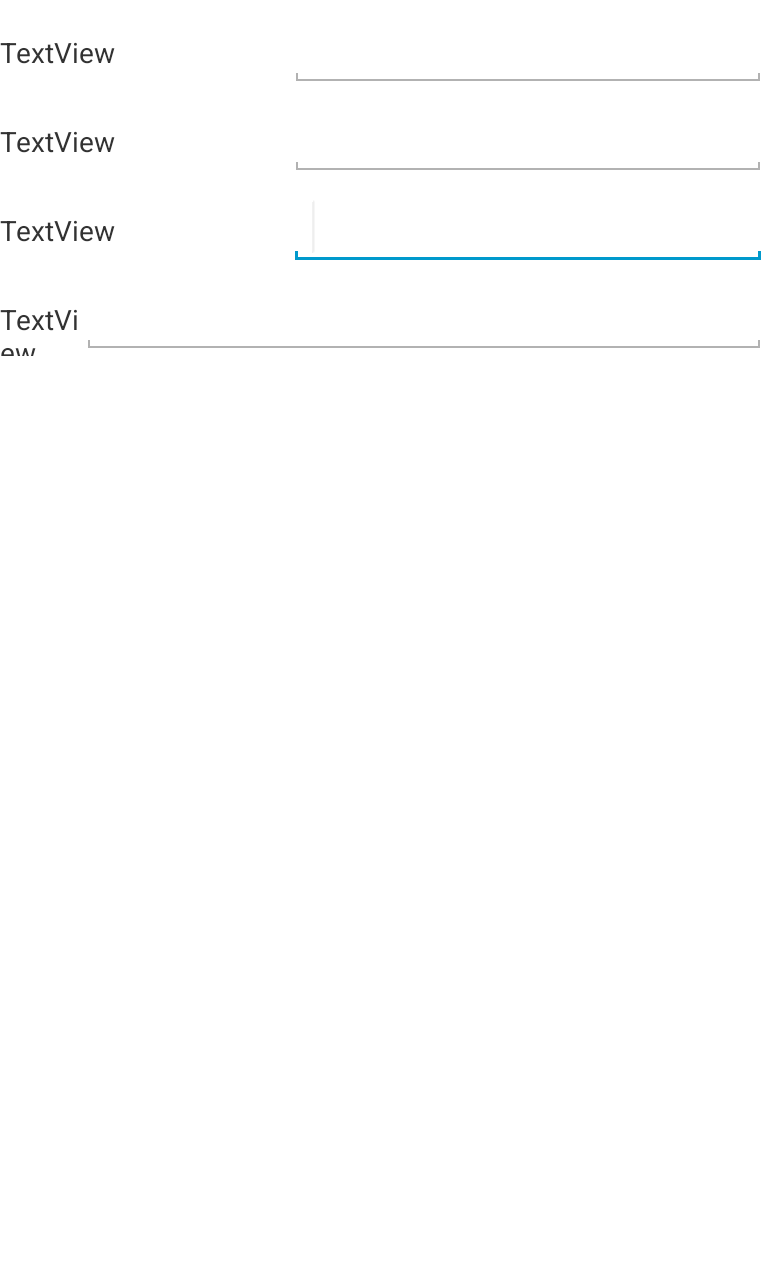
Repository: AungWinnHtut/Android
Layout: mywork1/Sale_system/res/layout/activity_main.xml
These files come from the project's save history. The layout is drawn as it stood at one moment and after the next save; the edit follows.
It is drawn on a 768 x 1280 px phone screen (xhdpi) without system bars, with theme AppTheme; the app's code is not run.

Above is the layout before, as saved 2015-07-12 04:14:19.

### mywork1/Sale_system/res/layout/activity_main.xml
<LinearLayout xmlns:android="http://schemas.android.com/apk/res/android"
    xmlns:tools="http://schemas.android.com/tools"
    android:id="@+id/LinearLayout1"
    android:layout_width="match_parent"
    android:layout_height="match_parent"
    android:orientation="vertical" >



    <LinearLayout
        android:layout_width="match_parent"
        android:layout_height="wrap_content"
        android:layout_marginTop="5dp"
        android:orientation="horizontal" >

        <TextView
            android:id="@+id/textView1"
            android:layout_width="0dp"
            android:layout_height="wrap_content"
            android:layout_weight="0.3"
            android:text="TextView" />

        <EditText
            android:id="@+id/editText1"
            android:layout_width="0dp"
            android:layout_weight="0.5
            "
            android:layout_height="wrap_content"
            android:ems="10" />

    </LinearLayout>



    <LinearLayout
        android:layout_width="match_parent"
        android:layout_height="wrap_content"
        android:layout_marginTop="5dp"
        android:orientation="horizontal" >

        <TextView
            android:id="@+id/textView2"
            android:layout_width="0"
            android:layout_height="wrap_content"
            android:layout_weight="0.3"
            android:text="TextView" />

        <EditText
            android:id="@+id/editText2"
            android:layout_width="0"
            android:layout_height="wrap_content"
            android:layout_weight="0.5"
            android:ems="10" />

    </LinearLayout>



    <LinearLayout
        android:layout_width="match_parent"
        android:layout_height="wrap_content"
        android:layout_marginTop="5dp"
        android:orientation="horizontal" >

        <TextView
            android:id="@+id/textView3"
            android:layout_width="0"
                  android:layout_weight="0.3"
            android:layout_height="wrap_content"
            android:text="TextView" />

        <EditText
            android:id="@+id/editText3"

            android:layout_height="wrap_content"
       android:layout_weight="0.5"
            android:ems="10" >

            <requestFocus />
        </EditText>

    </LinearLayout>




    <LinearLayout
        android:layout_width="match_parent"
        android:layout_height="wrap_content"
        android:layout_marginTop="5dp"
        android:orientation="horizontal" >

        <TextView
            android:id="@+id/textView4"
            android:layout_width="0"
            android:layout_height="wrap_content"
                  android:layout_weight="0.3"
            android:text="TextView" />

        <EditText
            android:id="@+id/editText4"
            android:layout_width="wrap_content"
            android:layout_height="wrap_content"
            android:layout_weight="1"
            android:ems="10" />

    </LinearLayout>

</LinearLayout>

Loaded but not shown: mywork1/Sale_system/res/values-v11/styles.xml (common file); mywork1/Sale_system/res/values-v14/styles.xml (common file); mywork1/Sale_system/res/values/styles.xml (common file)

After the next save:
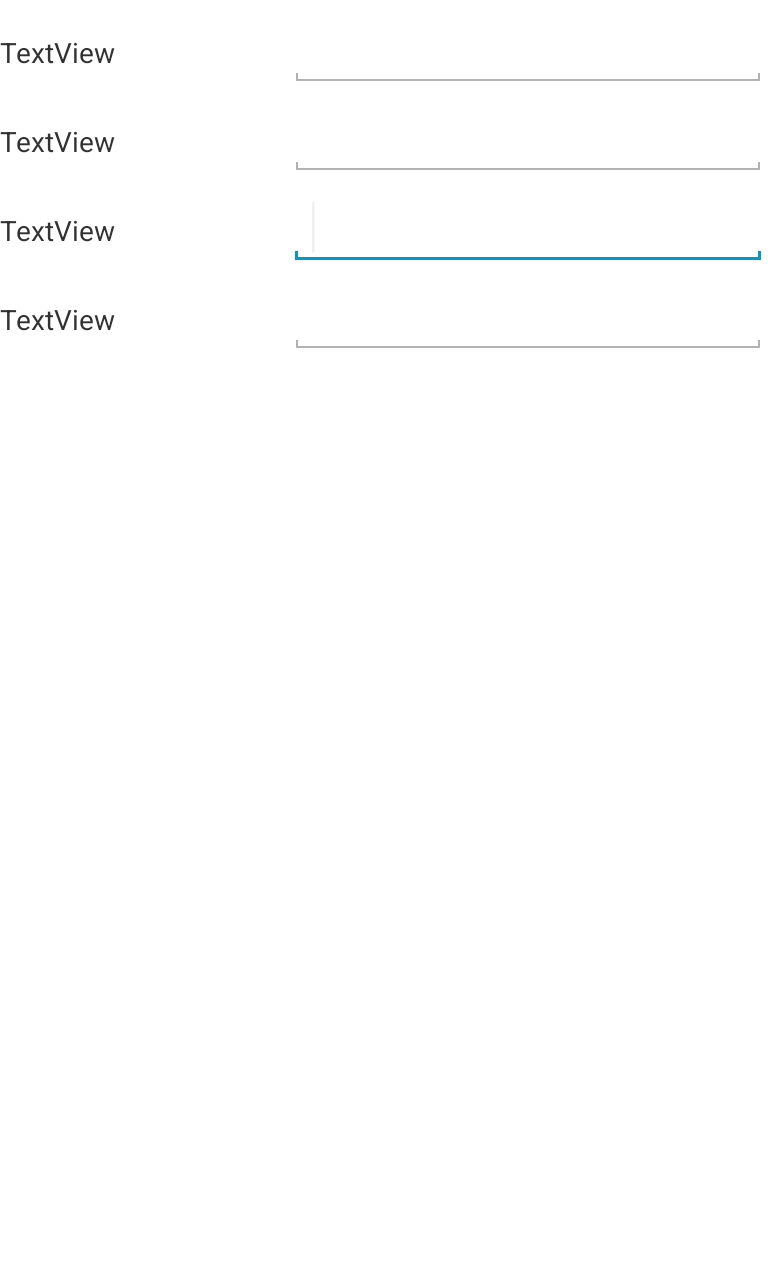
Saved 13 s later.
--- a/mywork1/Sale_system/res/layout/activity_main.xml
+++ b/mywork1/Sale_system/res/layout/activity_main.xml
@@ -92,16 +92,16 @@
 
         <TextView
             android:id="@+id/textView4"
-            android:layout_width="0"
+
             android:layout_height="wrap_content"
                   android:layout_weight="0.3"
             android:text="TextView" />
 
         <EditText
             android:id="@+id/editText4"
-            android:layout_width="wrap_content"
+
             android:layout_height="wrap_content"
-            android:layout_weight="1"
+            android:layout_weight="0.5"
             android:ems="10" />
 
     </LinearLayout>
